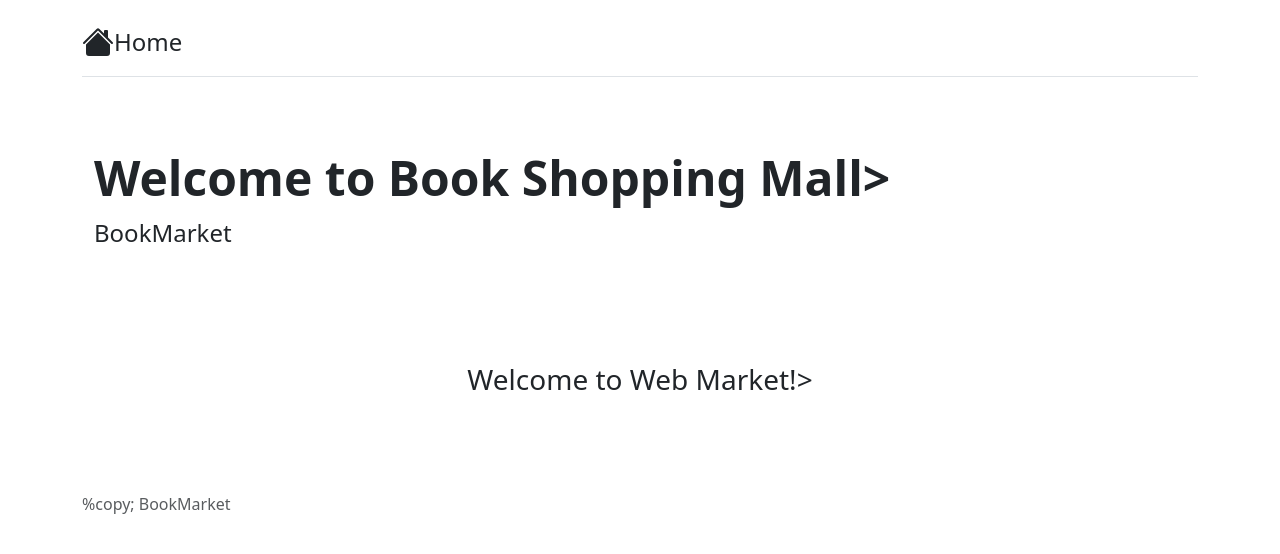
Repository: sanghyunlee7680/JSP-practice
Page: http://localhost/bookmarket/
These files come from the project's save history. The page is drawn as it stood at one moment and after the next save; the edit follows.
The browser window is 1280 px wide. The pictures show the whole page.
The page is served by Tomcat 10. Other server files are loaded and not shown.

Above is the page before, as saved 2024-10-08 02:33:22.

### bookmarket/src/main/webapp/welcome.jsp
<%@ page language="java" contentType="text/html; charset=UTF-8"
    pageEncoding="UTF-8"%>
<!DOCTYPE html>
<html>
<head>
<meta charset="UTF-8">
<title>Insert title here</title>
<link href="https://cdn.jsdelivr.net/npm/bootstrap@5.3.0-alpha1/dist/css/bootstrap.min.css" rel="stylesheet">
</head>
<body>
	<div class="container py-4">
		<header class="pb-3 mb-4 border-bottom">
			<a href="./welcome.jsp" class="d-flex align-items-center text-dark text-decoration-none">
				<svg  width="32" height="32" fill="currentColor" class="bi bi-house-fill" viewBox="0 0 16 16">
            		<path d="M8.707 1.5a1 1 0 0 0-1.414 0L.646 8.146a.5.5 0 0 0 .708.708L8 2.207l6.646 6.647a.5.5 0 0 0 .708-.708L13 5.793V2.5a.5.5 0 0 0-.5-.5h-1a.5.5 0 0 0-.5.5v1.293L8.707 1.5Z"/>
            		<path d="m8 3.293 6 6V13.5a1.5 1.5 0 0 1-1.5 1.5h-9A1.5 1.5 0 0 1 2 13.5V9.293l6-6Z"/>
        		</svg>
        		<span class="fs-4">Home</span>
			</a>
		</header>
		<%!
		String greeting = "Welcome to Book Shopping Mall";
		String tagline = "Welcome to Web Market!";
		%>
		<div class="container-fluid py-5">
			<h1 class="display-5 fw-bold"><%=greeting  %>></h1>
			<p class="col-md-8 fs-4">BookMarket</p>
		</div>
		<div class="row align-items-md-stretch text-center">
			<div class="col-md-12">
				<div class="h-100 p-5">
					<h3><%=tagline  %>></h3>
				</div>
			</div>
		</div>
		<footer class="pt-3 mt-4 text-body-secondary">
			%copy; BookMarket
		</footer>
	</div>

</body>
</html>

After the next save:
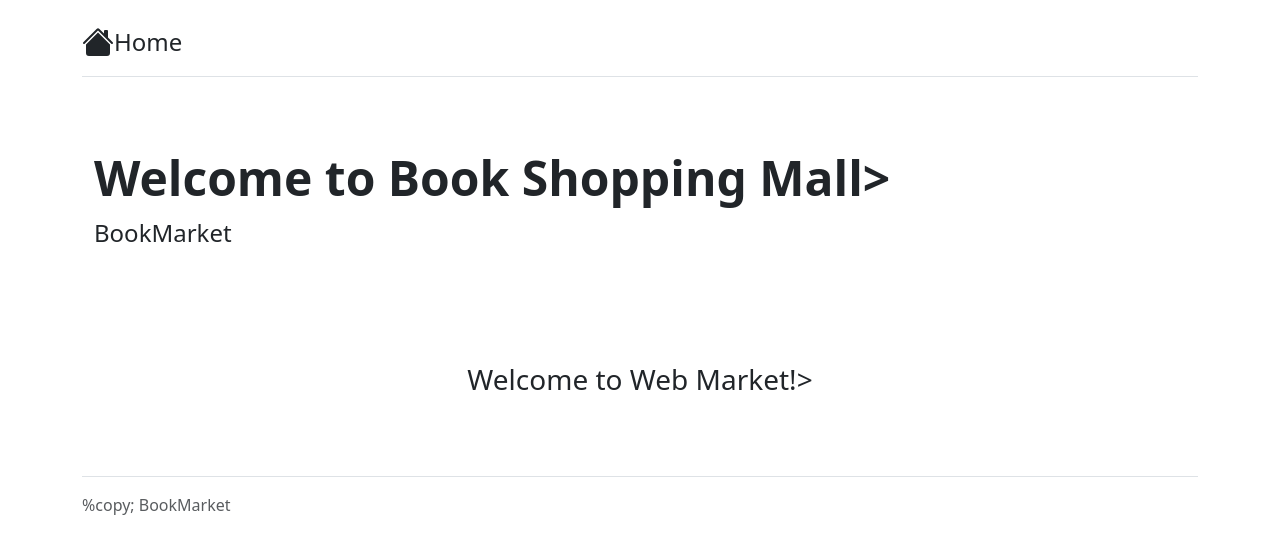
Saved 10 s later.
--- a/bookmarket/src/main/webapp/welcome.jsp
+++ b/bookmarket/src/main/webapp/welcome.jsp
@@ -33,7 +33,7 @@
 				</div>
 			</div>
 		</div>
-		<footer class="pt-3 mt-4 text-body-secondary">
+		<footer class="pt-3 mt-4 text-body-secondary border-top">
 			%copy; BookMarket
 		</footer>
 	</div>
